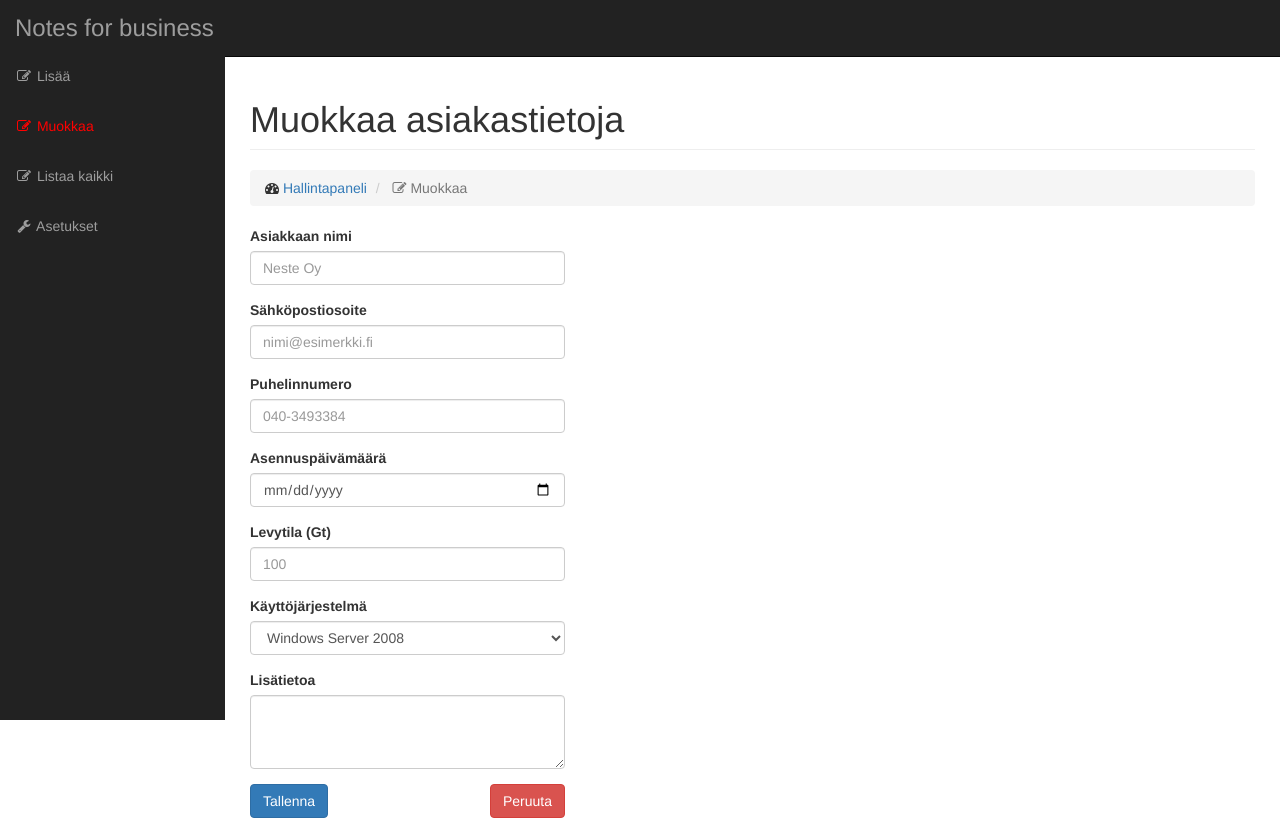
Repository: TommiKurjensalo/php
Page: http://localhost/muokkaa.php
The author's editor kept a copy of each file at every save. The page is drawn from the files as they stood at one save, then again after the next save.
The browser window is 1280 px wide. The pictures show the whole page.
The page is run by PHP 8.4 with error messages shown; the project is at /var/www/html/.

Above is the page before, as saved 2017-04-08 18:09:44.

After the next save:
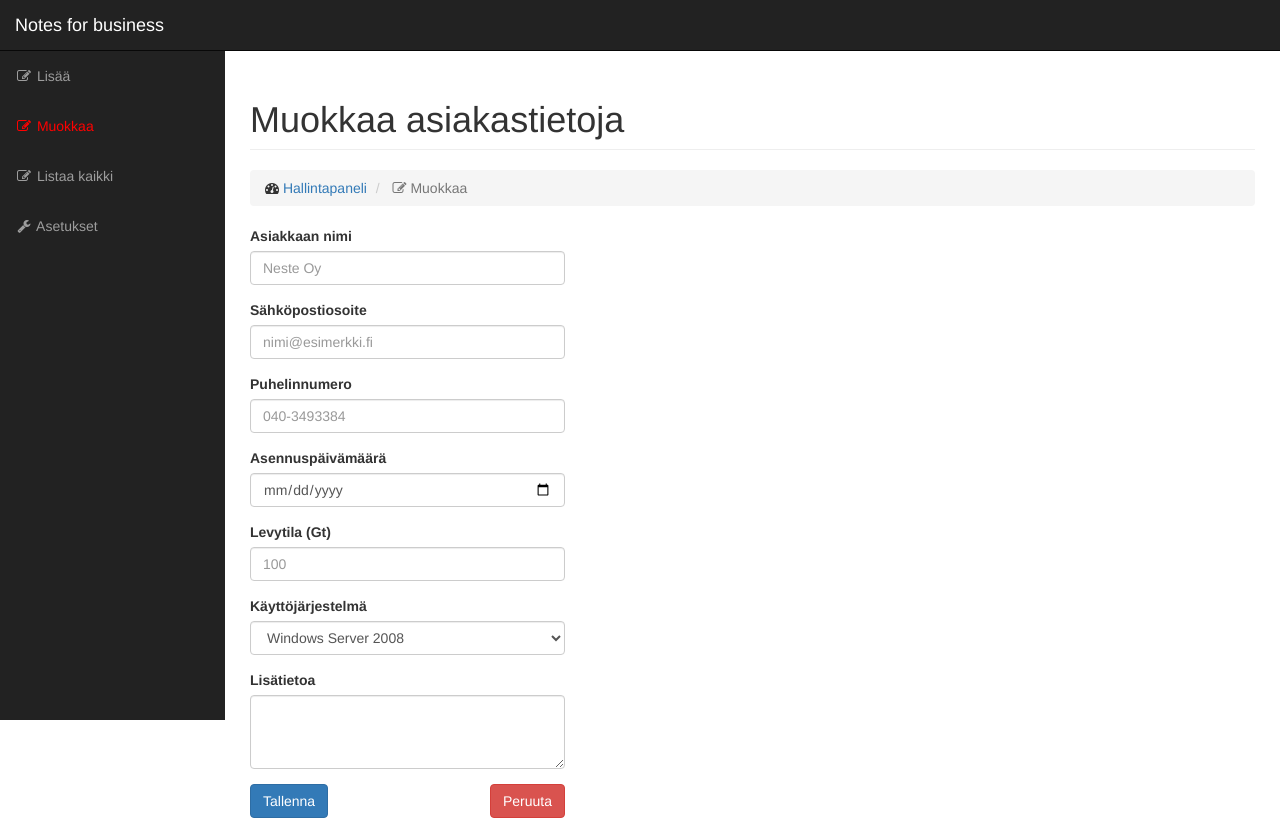
Saved 2 min 48 s later.
--- a/sivut/muokkaa.php
+++ b/sivut/muokkaa.php
@@ -37,7 +37,7 @@
         <nav class="navbar navbar-inverse navbar-fixed-top" role="navigation">
             <!-- Brand and toggle get grouped for better mobile display -->
             <div class="navbar-header">
-                <p class="navbar-text h3">Notes for business</p>
+                 <a class="navbar-brand" href="index.php">Notes for business</a>
 
             </div>
 
